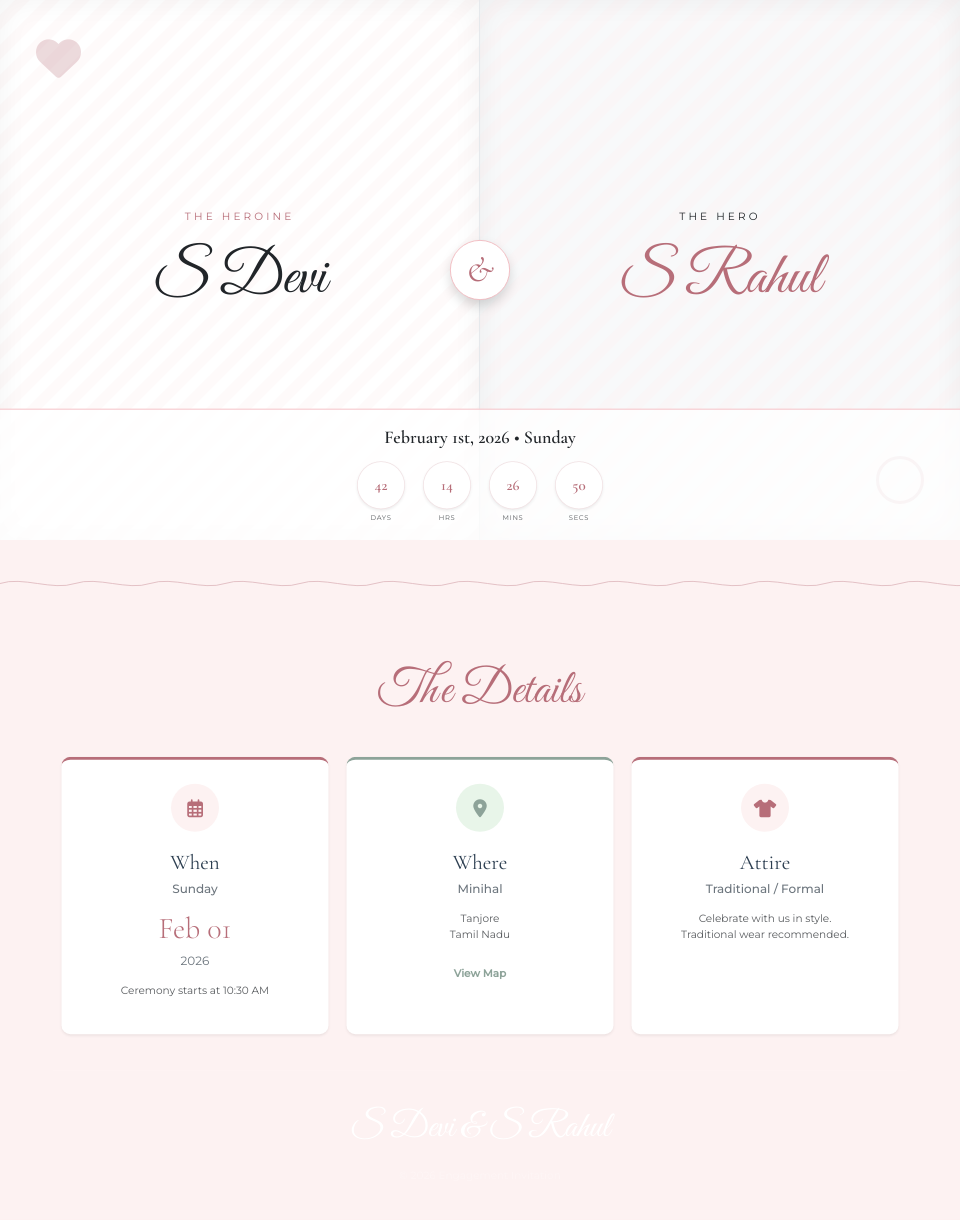
Repository: Eswar2585/Invitation
Page: index.html
These files come from the project's save history. The page is drawn as it stood at one moment and after the next save; the edit follows.
The browser window is 1280 px wide. The pictures show the whole page, at 75% of full size.

Above is the page before, as saved 2025-12-20 22:47:35.

### index.html
<!DOCTYPE html>
<html lang="en">
<head>
    <meta charset="UTF-8">
    <meta name="viewport" content="width=device-width, initial-scale=1.0">
    <title>Engagement Invitation</title>
        <link rel="icon" href="https://cdn-icons-png.flaticon.com/512/833/833472.png" type="image/png">
    <!-- Bootstrap 5 CSS -->
    <link href="https://cdn.jsdelivr.net/npm/bootstrap@5.3.0/dist/css/bootstrap.min.css" rel="stylesheet">

    <!-- Font Awesome (for Icons) -->
    <link href="https://cdnjs.cloudflare.com/ajax/libs/font-awesome/6.0.0/css/all.min.css" rel="stylesheet">

    <!-- Google Fonts -->
    <link rel="preconnect" href="https://fonts.googleapis.com">
    <link rel="preconnect" href="https://fonts.gstatic.com" crossorigin>
    <link href="https://fonts.googleapis.com/css2?family=Cormorant+Garamond:ital,wght@0,300;0,400;0,600;1,400&family=Great+Vibes&family=Montserrat:wght@300;400;500&display=swap" rel="stylesheet">

    <link rel="stylesheet" href="style.css">
</head>
<body>

    <!-- Envelope Overlay -->
    <div id="envelopeOverlay" class="envelope-overlay">
        <div class="envelope-wrapper">
            <!-- Body -->
            <div class="envelope-body"></div>

            <!-- Letter -->
            <div id="letterPreview" class="letter-preview">
                <div class="letter-border">
                    <p class="font-sans text-muted text-uppercase small tracking-wide mb-1" style="letter-spacing: 0.2em; font-size: 10px;">Invitation</p>
                    <h2 class="font-script text-rose-gold m-0" style="font-size: 2rem; color: #B76E79;">S Devi</h2>
                    <span class="font-serif text-dark small">&</span>
                    <h2 class="font-script text-rose-gold m-0" style="font-size: 2rem; color: #B76E79;">S Rahul</h2>
                </div>
            </div>

            <!-- Flap -->
            <div id="envelopeFlap" class="envelope-flap"></div>

            <!-- Pocket -->
            <div class="envelope-pocket"></div>

            <!-- Ribbon -->
            <div id="ribbonVertical" class="ribbon-vertical"></div>

            <!-- Bow -->
            <div id="bowContainer" class="bow-container">
               <div class="bow-loop loop-left"></div>
               <div class="bow-knot"></div>
               <div class="bow-loop loop-right"></div>
            </div>
        </div>
    </div>

    <!-- Main Content -->
    <div id="mainContent" class="main-content">

        <!-- Split Screen Hero (50/50 Force) -->
        <div class="container-fluid p-0">
            <div class="row g-0 min-vh-100 position-relative w-100 m-0">

                <!-- Left Col - Girl Name -->
                <div class="col-6 bg-white paper-texture shadow-seam d-flex flex-column justify-content-center align-items-center text-center p-2 p-md-5 border-end animate-open-left position-relative z-1">
                    <div class="position-absolute top-0 start-0 p-3 p-md-5 opacity-25">
                        <i class="fas fa-heart text-rose-gold icon-size"></i>
                    </div>
                    <p class="title-text font-sans text-rose-gold text-uppercase small mb-2 mb-md-4" style="letter-spacing: 0.3em;">The Heroine </p>
                    <h1 class="name-text font-script text-dark mb-2 mb-md-4" style="z-index: 10; position: relative;">S Devi</h1>

                </div>

                <!-- Center Ampersand -->
                <div class="ampersand-box position-absolute top-50 start-50 translate-middle z-3 bg-white rounded-circle shadow border border-danger-subtle d-flex align-items-center justify-content-center" style="width: 80px; height: 80px;">
                    <span class="ampersand-text font-serif fst-italic display-5 text-rose-gold">&</span>
                </div>

                <!-- Right Col - Boy Name -->
                <div class="col-6 bg-light paper-texture shadow-seam d-flex flex-column justify-content-center align-items-center text-center p-2 p-md-5 animate-open-right position-relative z-1">
                    <div class="position-absolute bottom-0 end-0 p-3 p-md-5 opacity-25">
                       <div class="ring-container border border-4 border-danger rounded-circle" style="border-color: #B76E79 !important;"></div>
                    </div>
                    <p class="title-text font-sans text-dark text-uppercase small mb-2 mb-md-4" style="letter-spacing: 0.3em;">The Hero</p>
                    <h1 class="name-text font-script text-rose-gold mb-2 mb-md-4" style="z-index: 10; position: relative;">S Rahul</h1>

                </div>

                <!-- Bottom Countdown Overlay -->
                <div class="position-absolute bottom-0 start-0 w-100 z-3 bg-white bg-opacity-75 border-top border-danger-subtle py-4 backdrop-blur">
                    <div class="container text-center">

                        <p class="font-serif h4 text-dark fw-bold mb-3">February 1st, 2026 &bull; Sunday</p>
                        <div class="d-flex justify-content-center gap-3 gap-md-4" id="countdownContainer">
                            <!-- Countdown items injected by JS -->
                        </div>
                    </div>
                </div>

            </div>
        </div>

        <!-- Divider -->
        <div class="py-5" style="background-color: var(--soft-pink);">
            <div class="flower-divider"></div>
        </div>

        <!-- Details Section -->
        <section class="py-5 container" style="background-color: var(--soft-pink);">
            <h2 class="font-script display-3 text-center text-rose-gold mb-5">The Details</h2>

            <div class="row g-4 justify-content-center">
                <!-- When -->
                <div class="col-md-4">
                    <div class="details-card text-center h-100">
                        <div class="details-icon">
                            <i class="far fa-calendar-alt"></i>
                        </div>
                        <h3 class="font-serif h3 mb-2">When</h3>
                        <p class="font-sans text-secondary fw-medium">Sunday</p>
                        <p class="font-serif display-6 text-rose-gold my-2">Feb 01</p>
                        <p class="font-sans text-secondary">2026</p>
                        <p class="font-sans small text-muted mt-3">Ceremony starts at 10:30 AM</p>
                    </div>
                </div>

                <!-- Where -->
                <div class="col-md-4">
                    <div class="details-card text-center h-100" style="border-top-color: var(--sage);">
                        <div class="details-icon" style="color: var(--sage); background-color: #e8f5e9;">
                            <i class="fas fa-map-marker-alt"></i>
                        </div>
                        <h3 class="font-serif h3 mb-2">Where</h3>
                        <p class="font-sans text-secondary fw-medium">Minihal</p>
                        <p class="font-sans text-muted mt-2 small">
                            Tanjore<br/>
                            Tamil Nadu
                        </p>
                        <a href="#" class="d-inline-block mt-3 text-decoration-none fw-bold" style="color: var(--sage); font-size: 0.875rem;">View Map</a>
                    </div>
                </div>

                <!-- Attire -->
                <div class="col-md-4">
                    <div class="details-card text-center h-100">
                        <div class="details-icon">
                            <i class="fas fa-tshirt"></i>
                        </div>
                        <h3 class="font-serif h3 mb-2">Attire</h3>
                        <p class="font-sans text-secondary fw-medium">Traditional / Formal</p>
                        <p class="font-sans text-muted mt-2 small">
                            Celebrate with us in style.<br/>
                            Traditional wear recommended.
                        </p>
                    </div>
                </div>
            </div>
        </section>

        <!-- Footer -->
        <footer class="bg-gray-800 text-white py-5 text-center">
            <h2 class="font-script display-5 mb-3">S Devi & S Rahul</h2>

            <div class="mt-4 small opacity-25">
                &copy; 2026 Engagement Invitation
            </div>
        </footer>
    </div>

    <!-- JavaScript Logic -->
 <script src="script.js"></script>
</body>
</html>

### style.css
    :root {
            --rose-gold: #B76E79;
            --soft-pink: #FDF2F2;
            --charcoal: #2C3E50;
            --sage: #8DA399;
            --envelope-body: #fceeee;
            --envelope-flap: #eecbcb;
        }

        body {
            margin: 0;
            padding: 0;
            width: 100%;
            height: 100%;
            font-family: 'Montserrat', sans-serif;
            background-color: var(--soft-pink);
            color: var(--charcoal);
            overflow-x: hidden;
        }

        /* Typography */
        .font-script { font-family: 'Great Vibes', cursive; font-weight: 400; }
        .font-serif { font-family: 'Cormorant Garamond', serif; }

        /* Responsive Font Sizes for Split Layout */
        @media (max-width: 768px) {
            .name-text { font-size: 2.2rem !important; line-height: 1.2; }
            .title-text { font-size: 0.6rem !important; letter-spacing: 0.15em !important; }
            .quote-text { font-size: 0.75rem !important; }
            .ampersand-box { width: 50px !important; height: 50px !important; }
            .ampersand-text { font-size: 1.5rem !important; }
            .icon-size { font-size: 30px !important; }
            .ring-container { width: 40px !important; height: 40px !important; }
        }

        @media (min-width: 769px) {
            .name-text { font-size: 5rem; }
            .icon-size { font-size: 60px; }
            .ring-container { width: 64px; height: 64px; }
        }

        /* Custom Utilities */
        .text-rose-gold { color: var(--rose-gold) !important; }
        .bg-rose-gold { background-color: var(--rose-gold); }
        .text-sage { color: var(--sage); }

        .paper-texture {
            background-color: #ffffff;
            background-image: url("data:[embedded picture, 236 characters]");
        }
        .shadow-seam { box-shadow: inset 0 0 40px rgba(0,0,0,0.05); }

        /* --- Envelope Animation Classes --- */
        .envelope-overlay {
            position: fixed;
            top: 0;
            left: 0;
            width: 100vw;
            height: 100vh;
            background-color: var(--soft-pink);
            z-index: 2000;
            display: flex;
            align-items: center;
            justify-content: center;
            perspective: 1500px;
            transition: opacity 1s ease-out, transform 1s ease-in;
        }

        .envelope-overlay.hidden {
            opacity: 0;
            transform: scale(1.5);
            pointer-events: none;
        }

        .envelope-wrapper {
            position: relative;
            width: 300px;
            height: 200px;
            transform-style: preserve-3d;
            margin-top: 3rem;
        }

        @media (min-width: 768px) {
            .envelope-wrapper { width: 500px; height: 330px; }
        }

        .envelope-body {
            position: absolute;
            width: 100%;
            height: 100%;
            background-color: var(--envelope-body);
            z-index: 10;
            border-radius: 4px;
            box-shadow: 0 1rem 3rem rgba(0,0,0,0.175);
        }

        .letter-preview {
            position: absolute;
            top: 8px; left: 8px; right: 8px; bottom: 8px;
            background: white;
            z-index: 20;
            display: flex;
            flex-direction: column;
            align-items: center;
            justify-content: center;
            text-align: center;
            box-shadow: 0 0.125rem 0.25rem rgba(0,0,0,0.075);
            transition: transform 1.4s cubic-bezier(0.25, 1, 0.5, 1);
        }

        .letter-preview.slide-up {
            transform: translateY(-190px) scale(1.05);
        }

        .letter-border {
            border: 2px solid var(--rose-gold);
            width: 90%;
            height: 90%;
            display: flex;
            flex-direction: column;
            align-items: center;
            justify-content: center;
            padding: 0.5rem;
        }

        .envelope-flap {
            position: absolute;
            top: 0; left: 0;
            width: 0; height: 0;
            border-left: 150px solid transparent;
            border-right: 150px solid transparent;
            border-top: 110px solid var(--envelope-flap);
            transform-origin: top;
            transition: transform 0.7s ease-in-out, z-index 0.7s;
            z-index: 50;
        }

        @media (min-width: 768px) {
            .envelope-flap {
                border-left: 250px solid transparent;
                border-right: 250px solid transparent;
                border-top: 180px solid var(--envelope-flap);
            }
        }

        .envelope-flap.open {
            transform: rotateX(180deg);
            z-index: 1;
        }

        .envelope-pocket {
            position: absolute;
            bottom: 0; left: 0;
            width: 0; height: 0;
            border-left: 150px solid transparent;
            border-right: 150px solid transparent;
            border-bottom: 110px solid var(--envelope-body);
            z-index: 40;
            pointer-events: none;
            filter: brightness(0.95);
        }

        @media (min-width: 768px) {
            .envelope-pocket {
                border-left: 250px solid transparent;
                border-right: 250px solid transparent;
                border-bottom: 180px solid var(--envelope-body);
            }
        }

        /* Ribbon Styles */
        .ribbon-vertical {
            position: absolute;
            top: 0; left: 50%;
            transform: translateX(-50%);
            width: 30px; height: 100%;
            background: linear-gradient(to right, #ffcdd2, #e57373, #ffcdd2);
            z-index: 60;
            box-shadow: 0 0.125rem 0.25rem rgba(0,0,0,0.1);
            transition: opacity 0.5s ease;
        }

        .ribbon-vertical.fade-out {
            opacity: 0;
        }

        .bow-container {
            position: absolute;
            top: 45%; left: 50%;
            transform: translate(-50%, -50%);
            z-index: 70;
            display: flex;
            align-items: center;
            justify-content: center;
            transition: all 0.5s ease-in;
        }

        .bow-container.untied {
            opacity: 0;
            transform: translate(-50%, -150%) scale(1.5);
        }

        .bow-loop {
            width: 50px; height: 50px;
            background: linear-gradient(135deg, #e57373, #ffcdd2);
            box-shadow: 2px 2px 5px rgba(0,0,0,0.2);
        }
        .loop-left { border-radius: 50px 50px 50px 0; transform: rotate(-45deg); margin-right: -4px; }
        .loop-right { border-radius: 50px 50px 0 50px; transform: rotate(135deg); margin-left: -4px; }
        .bow-knot { width: 15px; height: 15px; background: #ef5350; border-radius: 50%; z-index: 80; }

        /* --- Main Page Animations --- */
        .main-content {
            transition: opacity 1s ease;
            width: 100%;
            opacity: 0;
            visibility: hidden;
        }
        .main-content.visible {
            opacity: 1;
            visibility: visible;
        }

        @keyframes slideInLeft {
            0% { transform: translateX(-50px); opacity: 0; }
            100% { transform: translateX(0); opacity: 1; }
        }
        @keyframes slideInRight {
            0% { transform: translateX(50px); opacity: 0; }
            100% { transform: translateX(0); opacity: 1; }
        }

        .animate-open-left { animation: slideInLeft 1.5s cubic-bezier(0.25, 1, 0.5, 1) forwards; }
        .animate-open-right { animation: slideInRight 1.5s cubic-bezier(0.25, 1, 0.5, 1) forwards; }

        .flower-divider {
            background-image: url('data:[embedded picture, 234 characters]');
            background-repeat: repeat-x;
            height: 20px;
            width: 100%;
            opacity: 0.5;
        }

        .countdown-box {
            width: 3rem; height: 3rem;
            background: white;
            border: 1px solid rgba(183, 110, 121, 0.2);
            border-radius: 50%;
            display: flex;
            align-items: center;
            justify-content: center;
            margin-bottom: 0.25rem;
        }
        @media (min-width: 768px) {
            .countdown-box { width: 4rem; height: 4rem; }
        }

        .details-card {
            background: white;
            padding: 2rem;
            border-radius: 0.75rem;
            border-top: 4px solid var(--rose-gold);
            box-shadow: 0 0.125rem 0.25rem rgba(0,0,0,0.075);
            transition: transform 0.3s;
        }
        .details-card:hover { transform: translateY(-5px); box-shadow: 0 0.5rem 1rem rgba(0,0,0,0.15); }
        .details-icon {
            width: 4rem; height: 4rem;
            background-color: var(--soft-pink);
            color: var(--rose-gold);
            border-radius: 50%;
            display: flex;
            align-items: center;
            justify-content: center;
            margin: 0 auto 1.5rem auto;
            font-size: 1.5rem;
        }

### script.js
 document.addEventListener('DOMContentLoaded', () => {
            // --- Animation Sequence ---
            const bowContainer = document.getElementById('bowContainer');
            const ribbonVertical = document.getElementById('ribbonVertical');
            const envelopeFlap = document.getElementById('envelopeFlap');
            const letterPreview = document.getElementById('letterPreview');
            const envelopeOverlay = document.getElementById('envelopeOverlay');
            const mainContent = document.getElementById('mainContent');

            // 1. Untie Bow (1000ms)
            setTimeout(() => {
                bowContainer.classList.add('untied');
                ribbonVertical.classList.add('fade-out');
            }, 1000);

            // 2. Open Flap (1600ms)
            setTimeout(() => {
                envelopeFlap.classList.add('open');
            }, 1600);

            // 3. Slide Letter Up (2200ms)
            setTimeout(() => {
                letterPreview.classList.add('slide-up');
            }, 2200);

            // 4. Reveal Main Content (3800ms)
            setTimeout(() => {
                envelopeOverlay.classList.add('hidden');
                mainContent.classList.add('visible');

                // Cleanup overlay after transition
                setTimeout(() => {
                    envelopeOverlay.style.display = 'none';
                }, 1000);
            }, 3800);

            // --- Countdown Logic ---
            const eventDate = new Date(2026, 1, 1, 10, 30, 0).getTime(); // Feb 1, 2026 (Month is 0-indexed: 1 = Feb)
            const countdownContainer = document.getElementById('countdownContainer');

            function updateCountdown() {
                const now = new Date().getTime();
                const distance = eventDate - now;

                if (distance < 0) {
                    countdownContainer.innerHTML = '<div class="text-rose-gold h4">We are Engaged!</div>';
                    return;
                }

                const days = Math.floor(distance / (1000 * 60 * 60 * 24));
                const hours = Math.floor((distance % (1000 * 60 * 60 * 24)) / (1000 * 60 * 60));
                const minutes = Math.floor((distance % (1000 * 60 * 60)) / (1000 * 60));
                const seconds = Math.floor((distance % (1000 * 60)) / 1000);

                const timeUnits = [
                    { label: 'Days', value: days },
                    { label: 'Hrs', value: hours },
                    { label: 'Mins', value: minutes },
                    { label: 'Secs', value: seconds }
                ];

                let html = '';
                timeUnits.forEach(unit => {
                    html += `
                        <div class="d-flex flex-column align-items-center">
                            <div class="countdown-box shadow-sm">
                                <span class="font-serif h5 text-rose-gold fw-bold m-0">${unit.value}</span>
                            </div>
                            <span class="font-sans text-uppercase text-muted" style="font-size: 9px; letter-spacing: 0.1em;">${unit.label}</span>
                        </div>
                    `;
                });

                countdownContainer.innerHTML = html;
            }

            setInterval(updateCountdown, 1000);
            updateCountdown(); // Initial call
        });

After the next save:
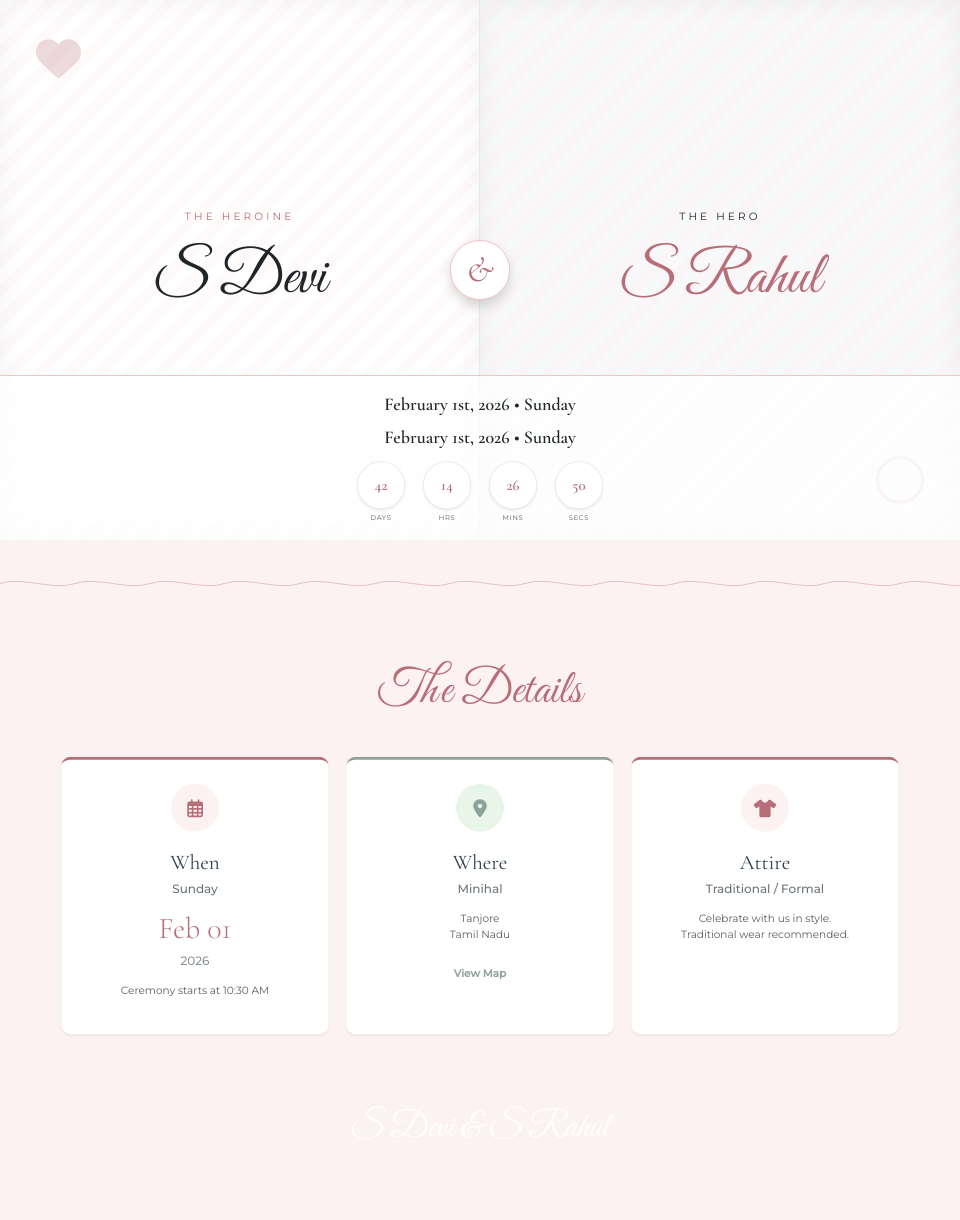
Saved 10 s later.
--- a/index.html
+++ b/index.html
@@ -89,7 +89,7 @@
                 <!-- Bottom Countdown Overlay -->
                 <div class="position-absolute bottom-0 start-0 w-100 z-3 bg-white bg-opacity-75 border-top border-danger-subtle py-4 backdrop-blur">
                     <div class="container text-center">
-
+                         <p class="font-serif h4 text-dark fw-bold mb-3">February 1st, 2026 &bull; Sunday</p>
                         <p class="font-serif h4 text-dark fw-bold mb-3">February 1st, 2026 &bull; Sunday</p>
                         <div class="d-flex justify-content-center gap-3 gap-md-4" id="countdownContainer">
                             <!-- Countdown items injected by JS -->
